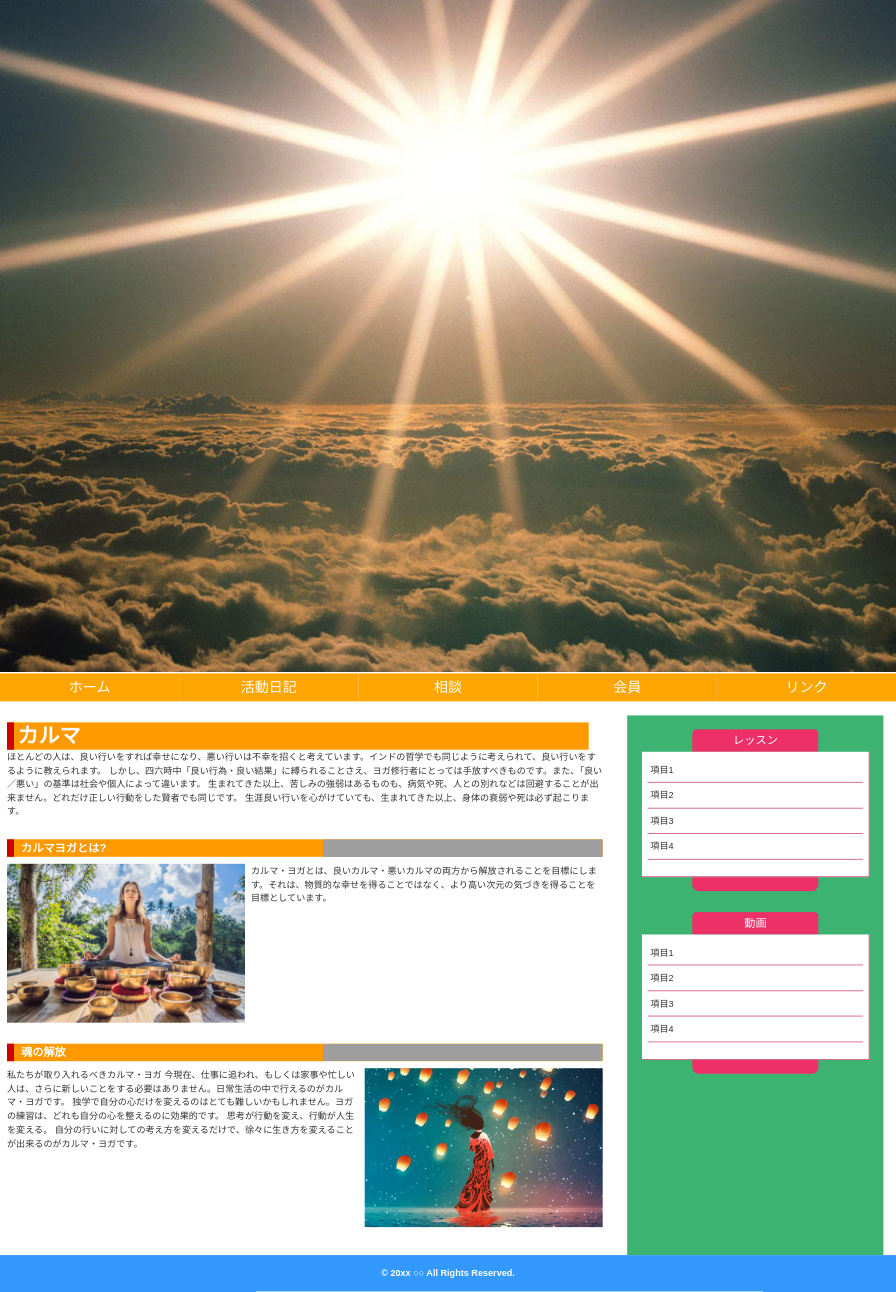
Repository: jahoel/Test-site
Page: index.html
The author's editor kept a record of every edit. The page is drawn from the files as they stood at one moment, then again after the next edit.
The browser window is 1280 px wide. The pictures show the whole page, at 70% of full size.
Pictures or frames that could not be fetched are drawn as grey boxes.

Above is the page before.

After the next edit:
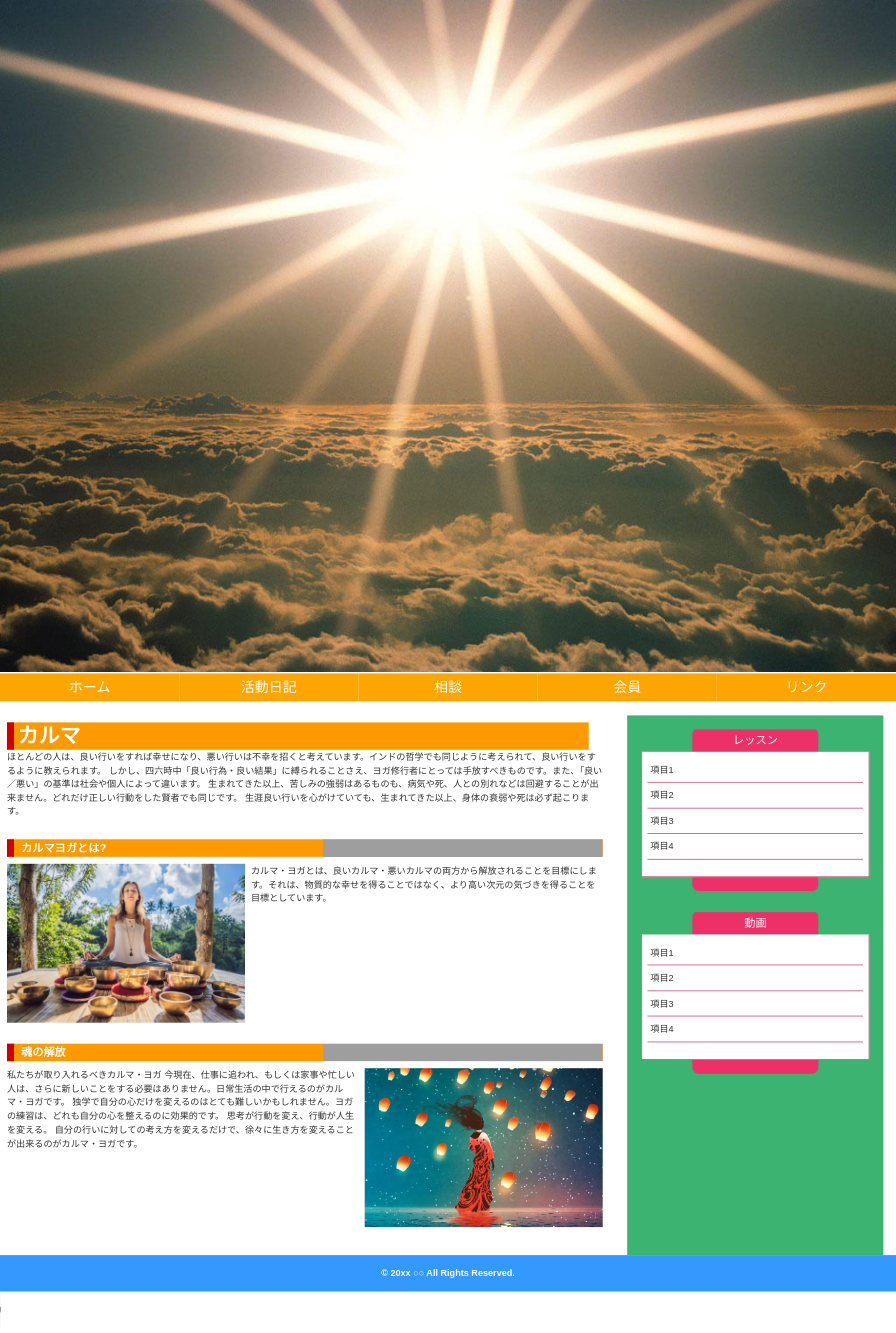
The edit:
--- a/index.html
+++ b/index.html
@@ -78,5 +78,6 @@
         <div id="footer">
             <p>&copy; 20xx ○○ All Rights Reserved.</p>
         </div>
+        <audio src="スピリチュアル音楽.mp3" controls></audio>
     </body>
 </html>
